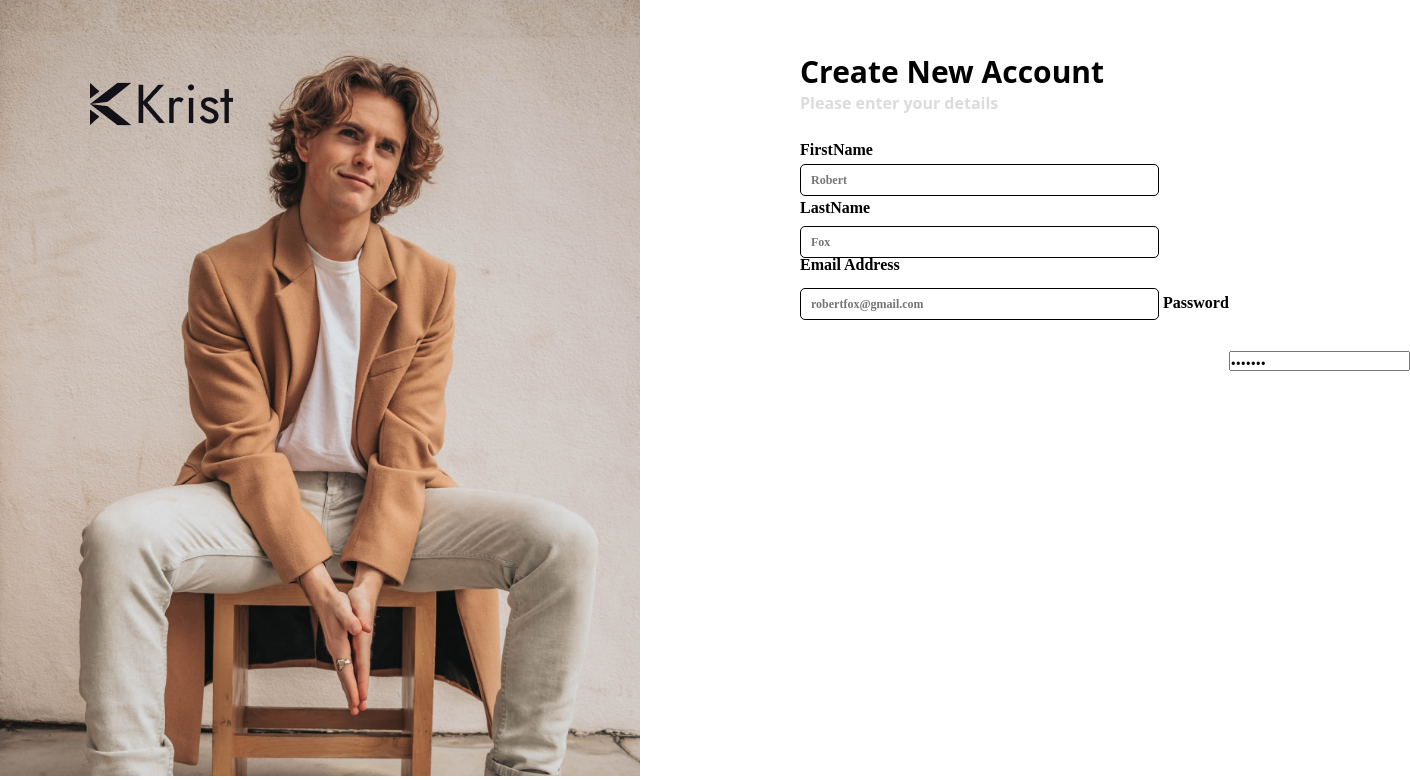
Repository: isaacCodes1/Krist-Website
Page: new-account.html
These files come from the project's save history. The page is drawn as it stood at one moment and after the next save; the edit follows.
The browser window is 1280 px wide. The page is 1410 px wide, then 1280 px, so the pictures cover 1410 px, including what lies to the right of the window. The pictures show the whole page.

Above is the page before, as saved 2024-04-10 14:13:10.

After the next save:
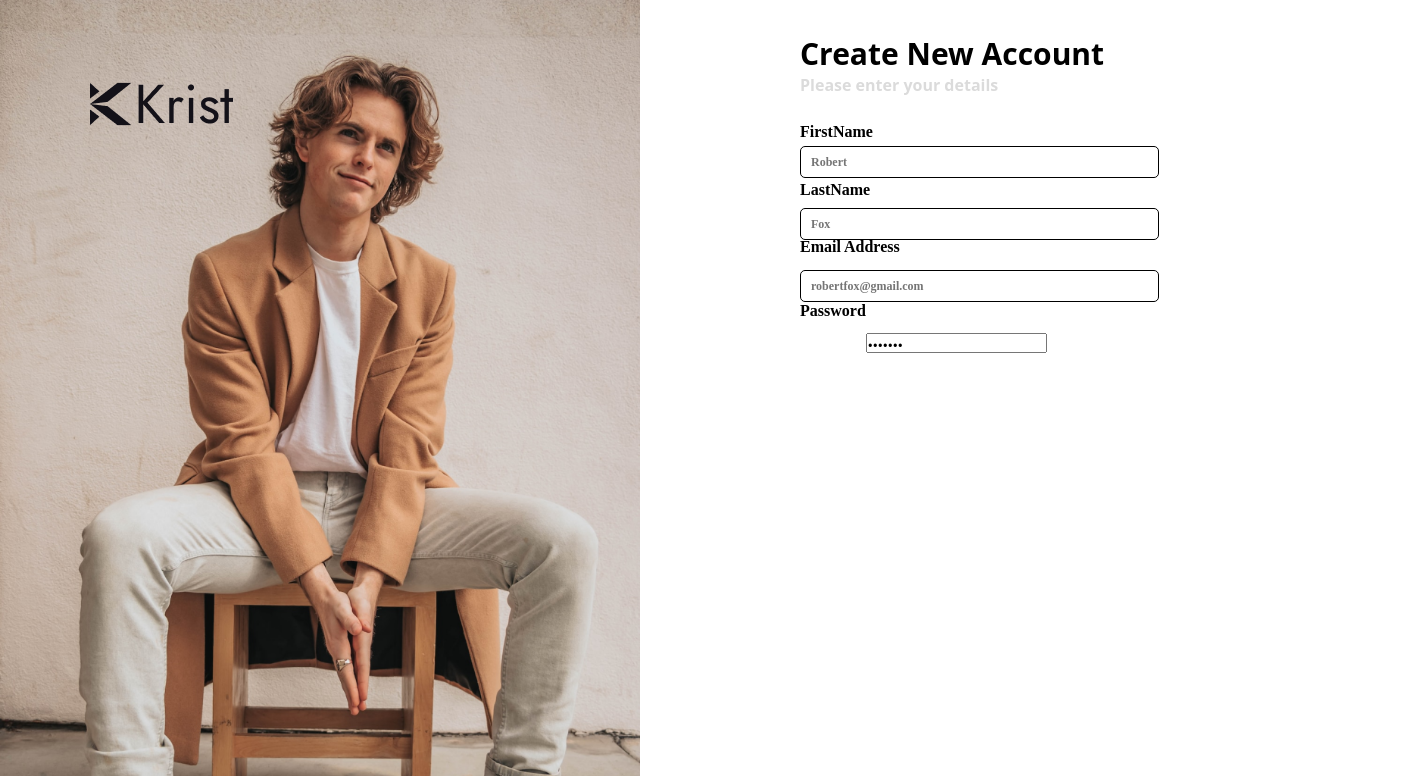
Saved 12 s later.
--- a/new-account.html
+++ b/new-account.html
@@ -22,7 +22,7 @@
         <label class="lastname" for="">LastName</label>
         <input class="inpute" type="text" placeholder="Fox">  <br>
         <label class="email" for="">Email Address</label>
-        <input class="inpute" type="email" placeholder="robertfox@gmail.com">
+        <input class="inpute" type="email" placeholder="robertfox@gmail.com"> <br>
         <label for="">Password</label>
         <input class="password" type="password" placeholder="......." id="place">
       </form>
